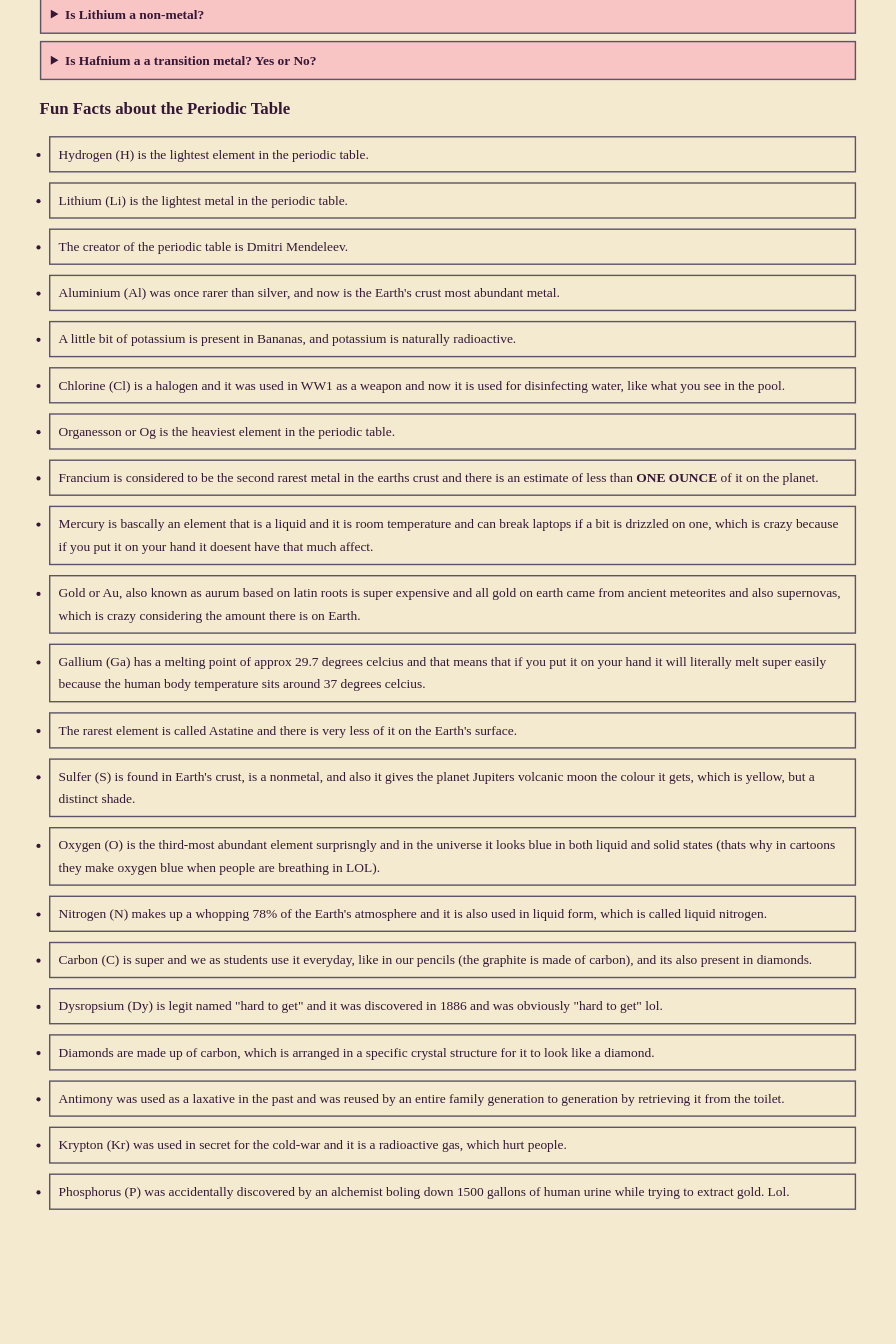
Repository: manayparikh1/Periodify
Page: index.html
An editor plug-in stored every save of this project. The page is shown before and after the next save, followed by the edit.
The browser window is 1280 px wide. The pictures show the part of the page from y = 1539 to 3459 px (the page is 3574 px tall), at 70% of full size.

Above is the page before, as saved 2026-10-19 22:48:26.

After the next save:
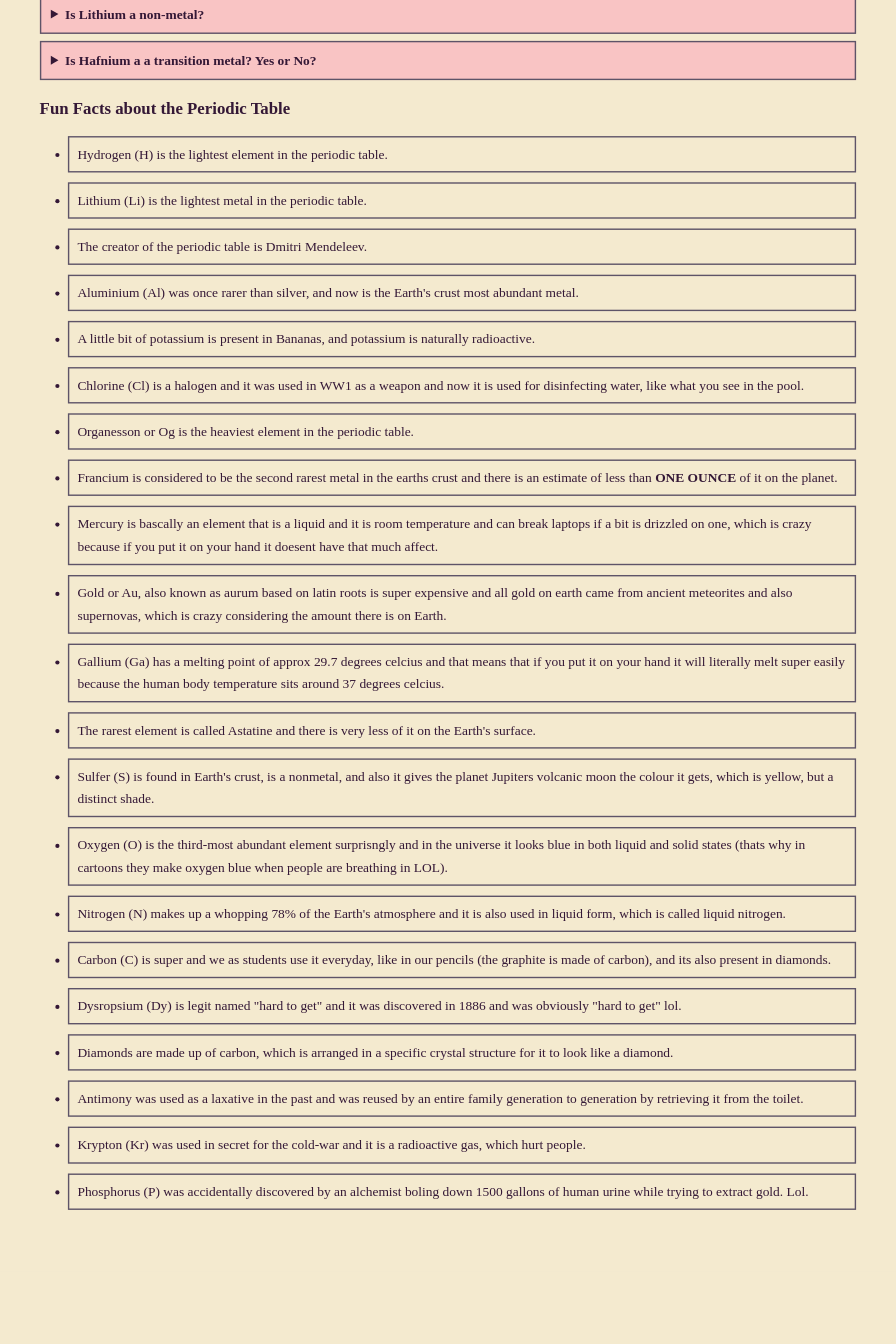
Saved 20 s later.
--- a/index.html
+++ b/index.html
@@ -476,11 +476,6 @@
                 /*js shows that its clickable*/
             }
 
-            .funfacts {}
-
-            .funfacts ul {
-                padding-left: 13px;
-            }
 
             .funfacts li {
                 font-size: 1.2rem;
